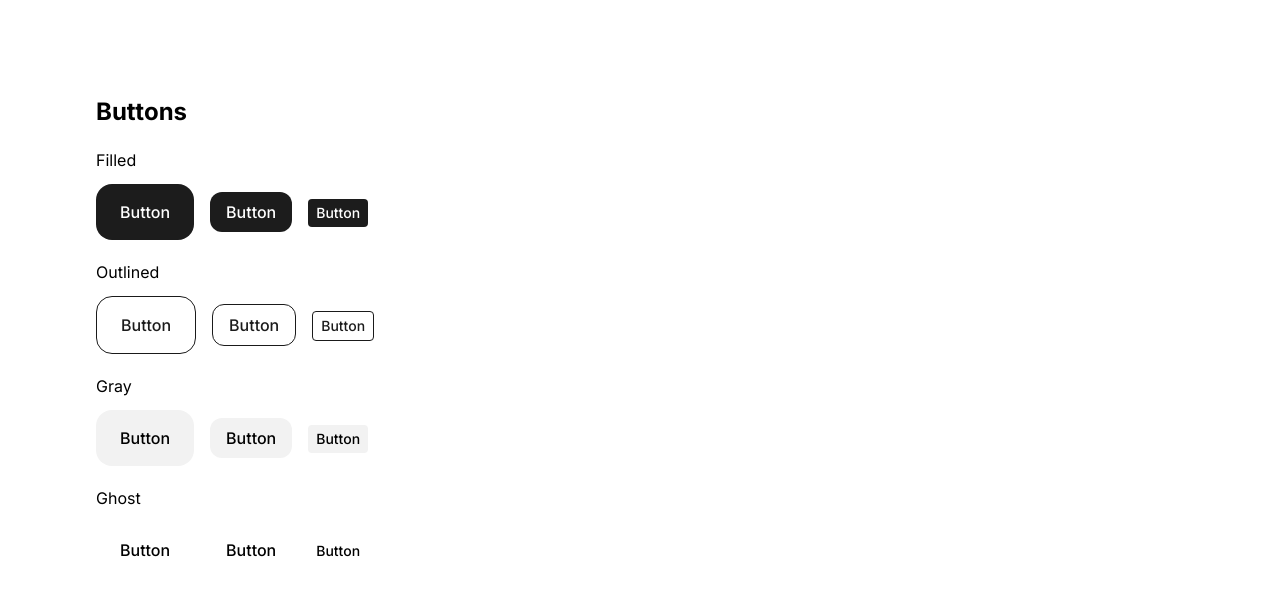
Repository: ggonzaga29/polarized-dashboard
Page: /
An editor plug-in stored every save of this project. The page is shown before and after the next save, followed by the edit.
The browser window is 1280 px wide. The pictures show the whole page.
The project was rebuilt for these pictures with package versions that can differ from the ones it lists, and the page was loaded fresh each time. The framework's server and built-in components were replaced by stand-ins that run in the browser. Also part of the build but not shown: next.config.js.

Above is the page before, as saved 2023-08-04 00:30:25.

After the next save:
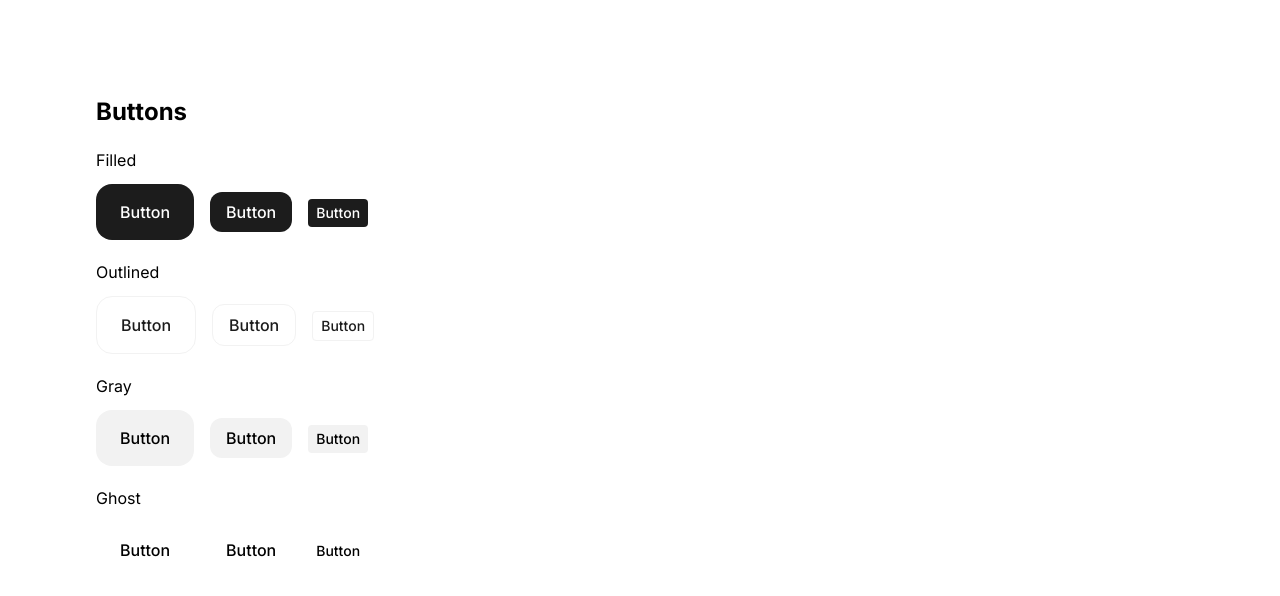
Saved 42 s later.
--- a/src/components/ui/button.jsx
+++ b/src/components/ui/button.jsx
@@ -10,7 +10,7 @@ const button = cva(
     variants: {
       variant: {
         filled: ['bg-primary-brand', 'text-white', "hover:bg-tint-20"],
-				outlined: ['border border-tint-5', 'text-shade-100', 'hover:border-tint-80'],
+				outlined: ['border border-shade-5', 'text-shade-100', 'hover:border-shade-80'],
 				gray: ['bg-shade-5', 'text-black', 'hover:shade-10'],
 				ghost: ['text-black'	],
       },
